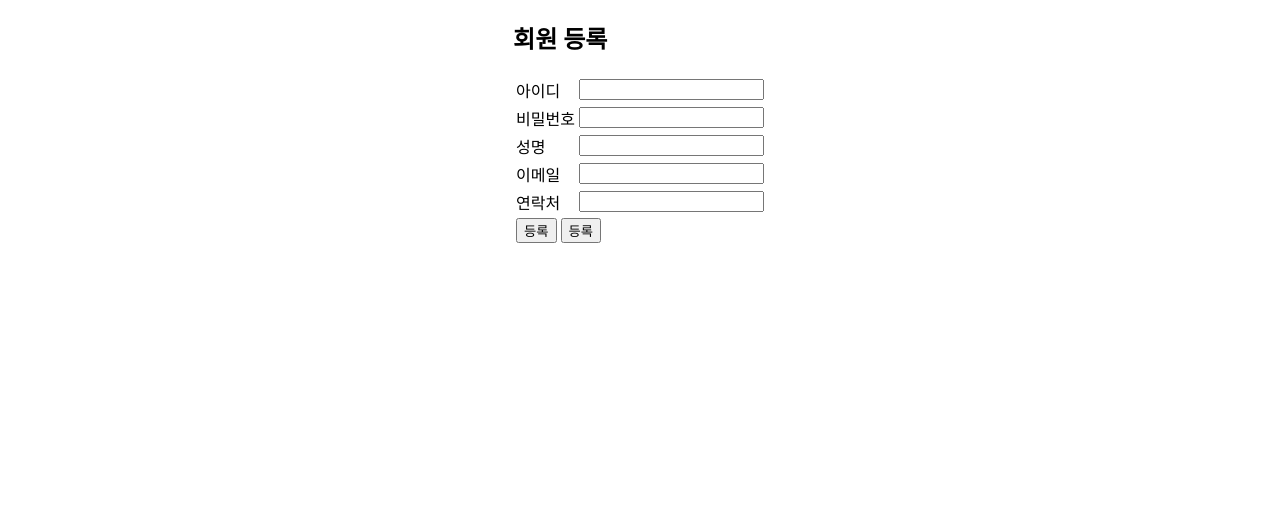
Repository: dlrjsgh367/SW-L5-20V1
Page: http://localhost/SW-L5-20V1/register.jsp
An editor plug-in stored every save of this project. The page is shown before and after the next save, followed by the edit.
The browser window is 1280 px wide. The pictures show the whole page.
The page is served by Tomcat 9. Other server files are loaded and not shown.

Above is the page before, as saved 2025-01-12 09:53:15.

### SW-L5-20V1/WebContent/register.jsp
<%@ page language="java" contentType="text/html; charset=UTF-8" pageEncoding="UTF-8"%>

<html>
<head>
  <meta http-equiv="Content-Type" content="text/html; charset=UTF-8">
  <link rel="stylesheet" href="style_for_task3.css">
</head>
<body>
  <div class="container">
     <form action="">
       <h2>회원 등록</h2>
       <table>
         <tbody>
           <tr>
             <td>아이디</td>
             <td>
               <input type="text" name="p_id"/>
             </td>
           </tr>
           <tr>
             <td>비밀번호</td>
             <td>
               <input type="text" name="p_pw"/>
             </td>
           </tr>
           <tr>
             <td>성명</td>
             <td>
               <input type="text" name="c_name"/>
             </td>
           </tr>
           <tr>
             <td>이메일</td>
             <td>
               <input type="text" name="c_email"/>
             </td>
           </tr>
           <tr>
             <td>연락처</td>
             <td>
               <input type="text" name="c_tel"/>
             </td>
           </tr>
           <tr>
             <td colspan="2">
               <button type="submit">등록 </button>
               <button onClick="location.href='check.jsp'">등록 </button>
             </td>
           </tr>
         </tbody>
       </table>
     </form>
  </div>
</body>
</html>

### SW-L5-20V1/WebContent/style_for_task3.css
html, body {
	margin: 0;
	padding: 0;
	height: 100%
}

.container {
	display: flex;
	justify-content: center;
	align-items: center;
}

After the next save:
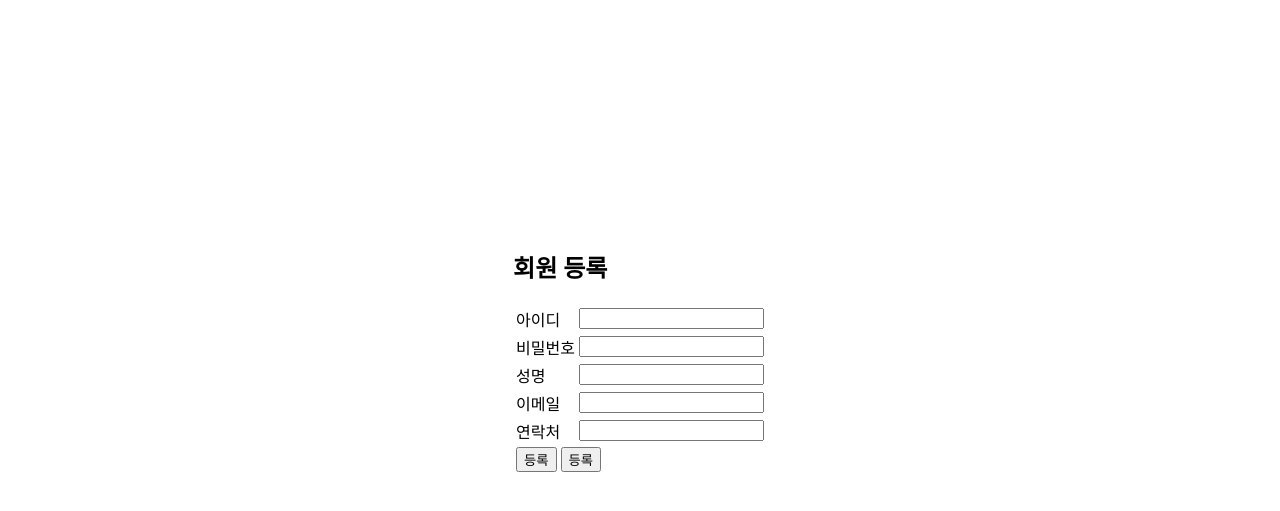
Saved 8 s later.
--- a/SW-L5-20V1/WebContent/style_for_task3.css
+++ b/SW-L5-20V1/WebContent/style_for_task3.css
@@ -8,4 +8,5 @@
 	display: flex;
 	justify-content: center;
 	align-items: center;
+	height: 100%
 }

After the 2 saves that followed:
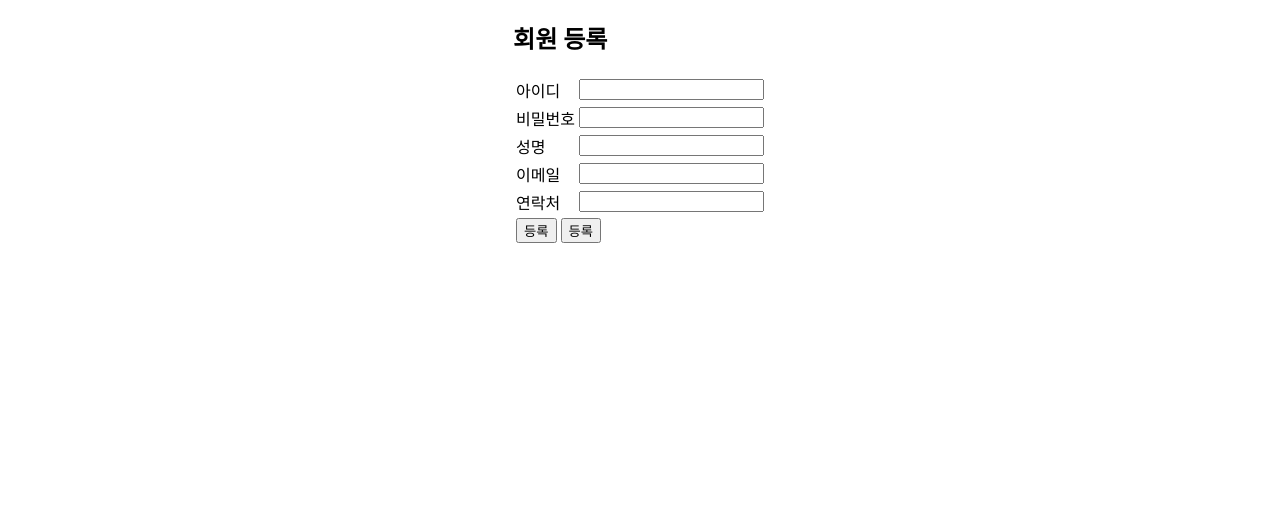
The 2 saves are shown as one change because they came seconds apart.
The last was saved 45 s later.
--- a/SW-L5-20V1/WebContent/style_for_task3.css
+++ b/SW-L5-20V1/WebContent/style_for_task3.css
@@ -8,5 +8,4 @@
 	display: flex;
 	justify-content: center;
 	align-items: center;
-	height: 100%
 }
